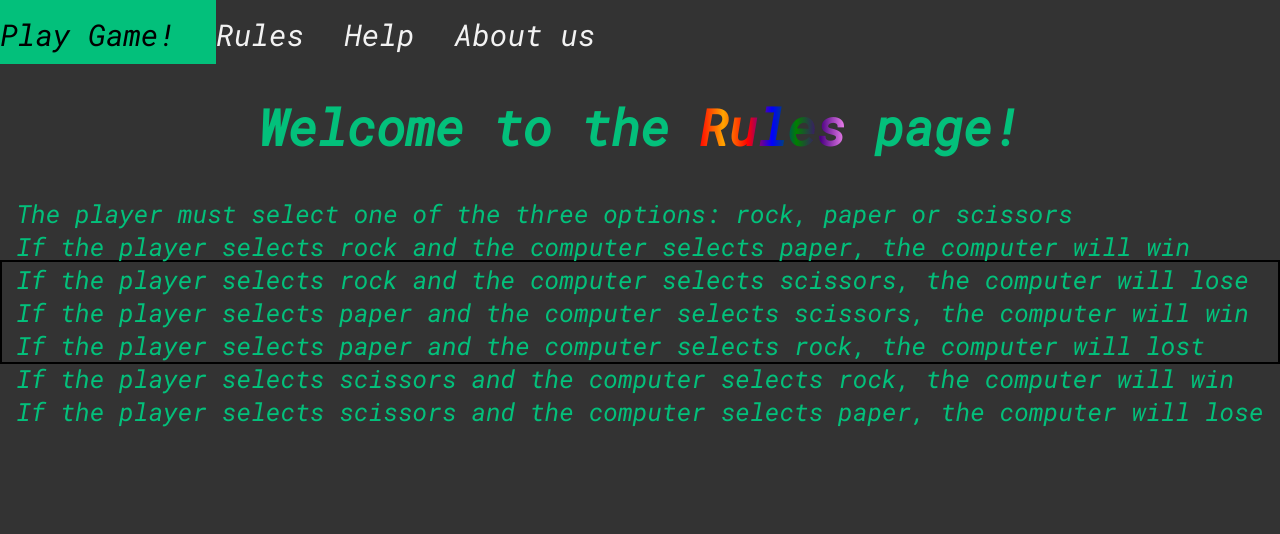
Repository: Ascendrospyder/rock-paper-scissors
Page: rulesPage.html
The author's editor kept a copy of each file at every save. The page is drawn from the files as they stood at one save, then again after the next save.
The browser window is 1280 px wide. The pictures show the whole page.

Above is the page before, as saved 2022-12-26 13:20:11.

After the next save:
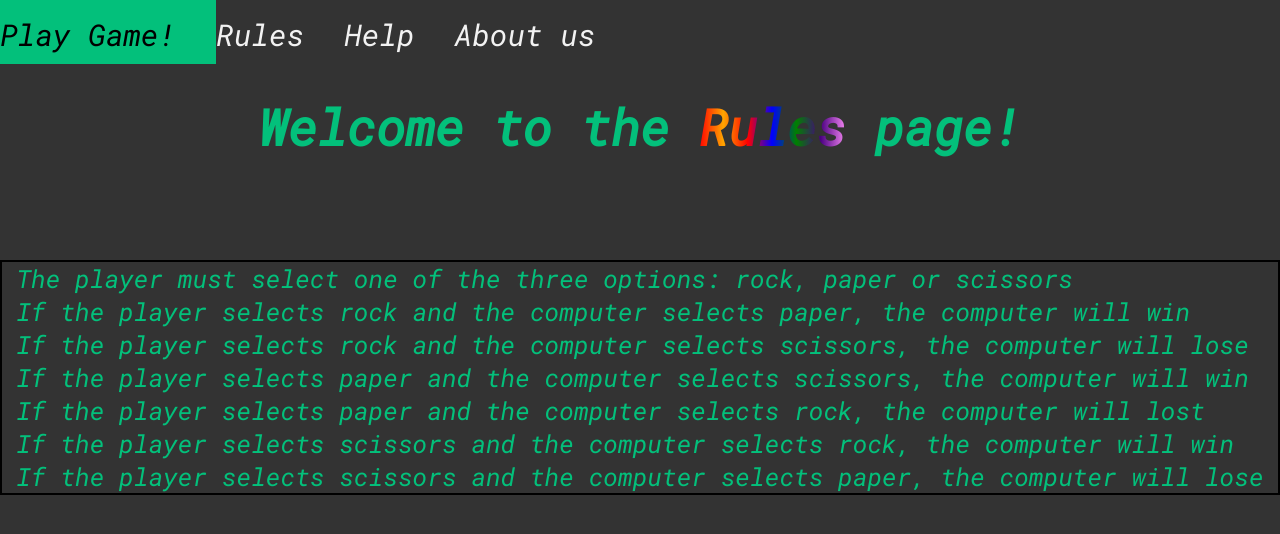
Saved 80 s later.
--- a/css/rules.css
+++ b/css/rules.css
@@ -10,7 +10,7 @@
     display : flex;
     justify-content: center;
     align-items : center;
-    height : 100px;
+    /* height : 100px;  */
 }
 
 .rules-message {
